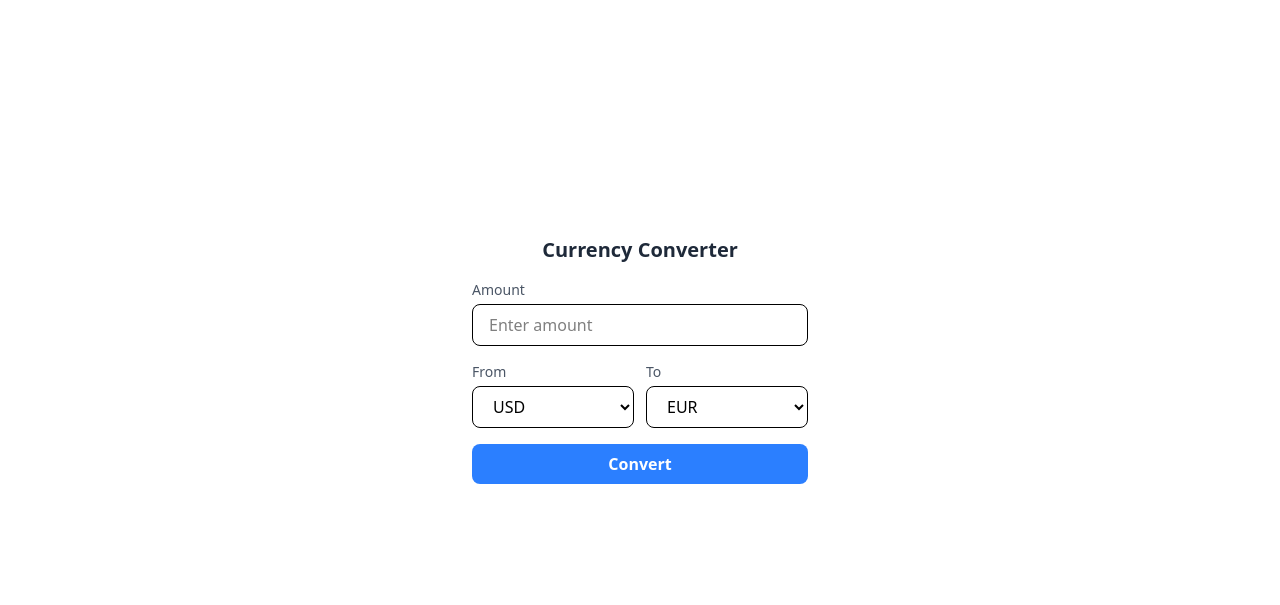
Repository: adrcstro/withcenter_developer_exam
Page: /
The author's editor kept a copy of each file at every save. The page is drawn from the files as they stood at one save, then again after the next save.
The browser window is 1280 px wide. The pictures show the whole page.
The project was rebuilt for these pictures with package versions that can differ from the ones it lists, and the page was loaded fresh each time. Also part of the build but not shown: vite.config.ts.

Above is the page before, as saved 2025-03-16 19:16:30.

### index.html
<!doctype html>
<html lang="en">
  <head>
    <meta charset="UTF-8" />
    <link rel="icon" type="image/svg+xml" href="/vite.svg" />
    <meta name="viewport" content="width=device-width, initial-scale=1.0" />
    <title>Vite + React + TS</title>
    <!-- public/index.html -->
  <link href="https://fonts.googleapis.com/css2?family=Montserrat:wght@300;400;500;700&display=swap" rel="stylesheet">


  </head>
  <body>
    <div id="root"></div>
    <script type="module" src="/src/main.tsx"></script>
  </body>
</html>

### src/main.tsx

import { createRoot } from 'react-dom/client'
import './index.css'
import App from './App.tsx'

createRoot(document.getElementById('root')!).render(

    <App />

)

### src/App.tsx
import { useState } from "react";

const currencies = ["USD", "EUR", "GBP", "JPY", "INR"];

function App() {
  const [amount, setAmount] = useState("");
  const [fromCurrency, setFromCurrency] = useState("USD");
  const [toCurrency, setToCurrency] = useState("EUR");
  const [convertedAmount, setConvertedAmount] = useState("");

  const handleConvert = () => {
    // Dummy conversion rate for UI demo
    const rate = 1.1;
    setConvertedAmount((parseFloat(amount) * rate).toFixed(2));
  };

  return (
    <div className="flex items-center justify-center min-h-screen bg-white">
      <div className="bg-white  rounded-xl p-6 w-96">
        <h2 className="text-xl font-semibold text-gray-800 text-center mb-4">Currency Converter</h2>

        {/* Amount Input */}
        <div className="mb-4">
          <label className="block text-gray-600 text-sm font-medium">Amount</label>
          <input
            type="number"
            value={amount}
            onChange={(e) => setAmount(e.target.value)}
            className="w-full mt-1 px-4 py-2 border rounded-lg focus:outline-none focus:ring-2 focus:ring-blue-400"
            placeholder="Enter amount"
          />
        </div>

        {/* Currency Selection */}
        <div className="flex gap-3 mb-4">
          <div className="w-1/2">
            <label className="block text-gray-600 text-sm font-medium">From</label>
            <select
              value={fromCurrency}
              onChange={(e) => setFromCurrency(e.target.value)}
              className="w-full mt-1 px-4 py-2 border rounded-lg focus:outline-none focus:ring-2 focus:ring-blue-400"
            >
              {currencies.map((currency) => (
                <option key={currency} value={currency}>
                  {currency}
                </option>
              ))}
            </select>
          </div>

          <div className="w-1/2">
            <label className="block text-gray-600 text-sm font-medium">To</label>
            <select
              value={toCurrency}
              onChange={(e) => setToCurrency(e.target.value)}
              className="w-full mt-1 px-4 py-2 border rounded-lg focus:outline-none focus:ring-2 focus:ring-blue-400"
            >
              {currencies.map((currency) => (
                <option key={currency} value={currency}>
                  {currency}
                </option>
              ))}
            </select>
          </div>
        </div>

        {/* Convert Button */}
        <button
          onClick={handleConvert}
          className="w-full bg-blue-500 hover:bg-blue-600 text-white font-semibold py-2 rounded-lg transition duration-300"
        >
          Convert
        </button>

        {/* Converted Amount */}
        {convertedAmount && (
          <div className="mt-4 text-center">
            <p className="text-gray-700 text-lg">
              {amount} {fromCurrency} = <span className="font-bold text-green-600">{convertedAmount} {toCurrency}</span>
            </p>
          </div>
        )}
      </div>
    </div>
  );
}

export default App;

Loaded but not shown: src/index.css (common file)

After the next save:
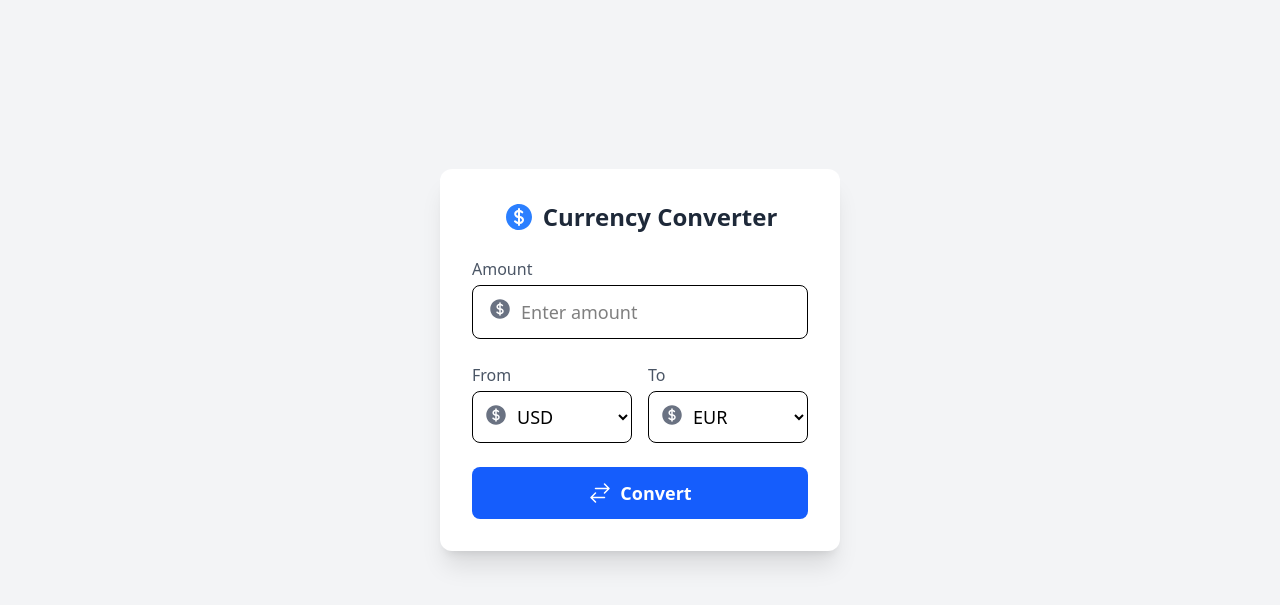
Saved 83 s later.
--- a/src/App.tsx
+++ b/src/App.tsx
@@ -1,4 +1,5 @@
 import { useState } from "react";
+import { ArrowsRightLeftIcon, CurrencyDollarIcon } from "@heroicons/react/24/solid";
 
 const currencies = ["USD", "EUR", "GBP", "JPY", "INR"];
 
@@ -15,67 +16,80 @@ function App() {
   };
 
   return (
-    <div className="flex items-center justify-center min-h-screen bg-white">
-      <div className="bg-white  rounded-xl p-6 w-96">
-        <h2 className="text-xl font-semibold text-gray-800 text-center mb-4">Currency Converter</h2>
+    <div className="flex items-center justify-center min-h-screen bg-gray-100">
+      <div className="bg-white shadow-xl rounded-xl p-8 w-[400px]">
+        <h2 className="text-2xl font-bold text-gray-800 text-center mb-6 flex items-center justify-center gap-2">
+          <CurrencyDollarIcon className="w-8 h-8 text-blue-500" />
+          Currency Converter
+        </h2>
 
         {/* Amount Input */}
-        <div className="mb-4">
-          <label className="block text-gray-600 text-sm font-medium">Amount</label>
-          <input
-            type="number"
-            value={amount}
-            onChange={(e) => setAmount(e.target.value)}
-            className="w-full mt-1 px-4 py-2 border rounded-lg focus:outline-none focus:ring-2 focus:ring-blue-400"
-            placeholder="Enter amount"
-          />
+        <div className="mb-6">
+          <label className="block text-gray-600 text-base font-medium">Amount</label>
+          <div className="relative">
+            <input
+              type="number"
+              value={amount}
+              onChange={(e) => setAmount(e.target.value)}
+              className="w-full mt-1 pl-12 pr-4 py-3 border rounded-lg text-lg focus:outline-none focus:ring-2 focus:ring-blue-400"
+              placeholder="Enter amount"
+            />
+            <CurrencyDollarIcon className="w-6 h-6 text-gray-500 absolute left-4 top-4" />
+          </div>
         </div>
 
         {/* Currency Selection */}
-        <div className="flex gap-3 mb-4">
+        <div className="flex gap-4 mb-6">
           <div className="w-1/2">
-            <label className="block text-gray-600 text-sm font-medium">From</label>
-            <select
-              value={fromCurrency}
-              onChange={(e) => setFromCurrency(e.target.value)}
-              className="w-full mt-1 px-4 py-2 border rounded-lg focus:outline-none focus:ring-2 focus:ring-blue-400"
-            >
-              {currencies.map((currency) => (
-                <option key={currency} value={currency}>
-                  {currency}
-                </option>
-              ))}
-            </select>
+            <label className="block text-gray-600 text-base font-medium">From</label>
+            <div className="relative">
+              <select
+                value={fromCurrency}
+                onChange={(e) => setFromCurrency(e.target.value)}
+                className="w-full mt-1 pl-10 pr-4 py-3 border rounded-lg text-lg focus:outline-none focus:ring-2 focus:ring-blue-400"
+              >
+                {currencies.map((currency) => (
+                  <option key={currency} value={currency}>
+                    {currency}
+                  </option>
+                ))}
+              </select>
+              <CurrencyDollarIcon className="w-6 h-6 text-gray-500 absolute left-3 top-4" />
+            </div>
           </div>
 
           <div className="w-1/2">
-            <label className="block text-gray-600 text-sm font-medium">To</label>
-            <select
-              value={toCurrency}
-              onChange={(e) => setToCurrency(e.target.value)}
-              className="w-full mt-1 px-4 py-2 border rounded-lg focus:outline-none focus:ring-2 focus:ring-blue-400"
-            >
-              {currencies.map((currency) => (
-                <option key={currency} value={currency}>
-                  {currency}
-                </option>
-              ))}
-            </select>
+            <label className="block text-gray-600 text-base font-medium">To</label>
+            <div className="relative">
+              <select
+                value={toCurrency}
+                onChange={(e) => setToCurrency(e.target.value)}
+                className="w-full mt-1 pl-10 pr-4 py-3 border rounded-lg text-lg focus:outline-none focus:ring-2 focus:ring-blue-400"
+              >
+                {currencies.map((currency) => (
+                  <option key={currency} value={currency}>
+                    {currency}
+                  </option>
+                ))}
+              </select>
+              <CurrencyDollarIcon className="w-6 h-6 text-gray-500 absolute left-3 top-4" />
+            </div>
           </div>
         </div>
 
         {/* Convert Button */}
         <button
           onClick={handleConvert}
-          className="w-full bg-blue-500 hover:bg-blue-600 text-white font-semibold py-2 rounded-lg transition duration-300"
+          className="w-full bg-blue-600 hover:bg-blue-700 text-white text-lg font-semibold py-3 rounded-lg flex items-center justify-center gap-2 transition duration-300"
         >
+          <ArrowsRightLeftIcon className="w-6 h-6" />
           Convert
         </button>
 
         {/* Converted Amount */}
         {convertedAmount && (
-          <div className="mt-4 text-center">
-            <p className="text-gray-700 text-lg">
+          <div className="mt-6 text-center">
+            <p className="text-gray-800 text-xl">
               {amount} {fromCurrency} = <span className="font-bold text-green-600">{convertedAmount} {toCurrency}</span>
             </p>
           </div>
